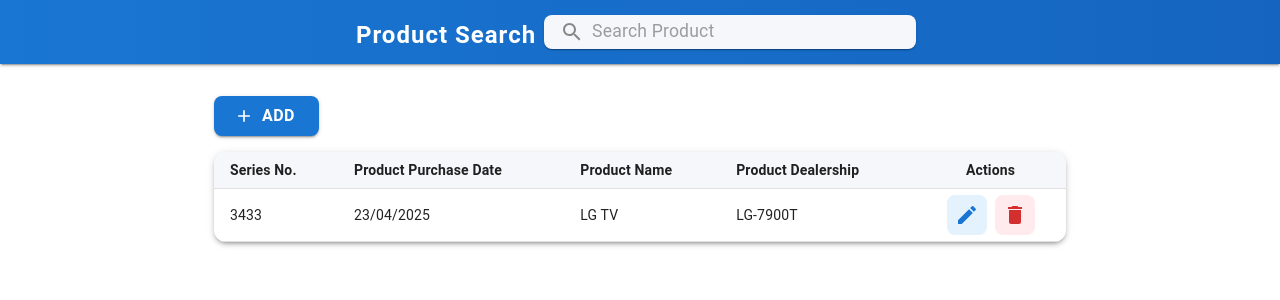
Repository: Sharathguru/Product_Task
Page: / (app in Frontend/)
An editor plug-in stored every save of this project. The page is shown before and after the next save, followed by the edit.
The browser window is 1280 px wide. The pictures show the whole page.
The project was rebuilt for these pictures with package versions that can differ from the ones it lists, and the page was loaded fresh each time. Requests to the local data server were answered from the project's data file. Also part of the build but not shown: Frontend/vite.config.js, Frontend/src/index.css, Frontend/src/Pages/product.js, Frontend/src/Pages/Insert.jsx, Frontend/src/Pages/Update.jsx, Frontend/src/Pages/Delete.jsx.

Above is the page before, as saved 2025-06-13 16:35:26.

### Frontend/src/App.jsx
import React from 'react'
import { BrowserRouter, Route, Routes } from 'react-router-dom'
import { ToastContainer } from 'react-toastify';
import 'react-toastify/dist/ReactToastify.css';
import Home from './Components/Home'
import Insert from './Pages/Insert'
import Update from './Pages/Update'
import Fetch from './Pages/Fetch'
import Delete from './Pages/Delete'
import './App.css'

const App = () => {
  return (
    <>
      <ToastContainer position="top-right" autoClose={2000} />
      <BrowserRouter>
      <Routes>
        <Route path="/" element={<Home />} />
        <Route path="/insert" element={<Insert />} />
        <Route path="/update" element={<Update />} />
        <Route path="/fetch" element={<Fetch />} />
        <Route path="/delete" element={<Delete />} />
      </Routes>
        {/* <Route path="*" element={<h1>404 Not Found</h1>} /> */}
      </BrowserRouter>
    </>
  )
}

export default App

### Frontend/src/Components/Home.jsx
import React from "react";
import Navbar from "./Navbar";
import Fetch from "../Pages/Fetch";

const Home = () => {
  const [search, setSearch] = React.useState("");

  return (
    <div>
      <Navbar search={search} setSearch={setSearch} />
      <Fetch search={search} />
    </div>
  );
};

export default Home;

### Frontend/src/Pages/Fetch.jsx
import React from "react";
import axios from "../axios/axios.js";
import { useNavigate } from "react-router-dom";
import DeleteIcon from "@mui/icons-material/Delete";
import EditIcon from "@mui/icons-material/Edit";
import AddIcon from "@mui/icons-material/Add";
import Table from "@mui/material/Table";
import TableBody from "@mui/material/TableBody";
import TableCell from "@mui/material/TableCell";
import TableContainer from "@mui/material/TableContainer";
import TableHead from "@mui/material/TableHead";
import TableRow from "@mui/material/TableRow";
import Paper from "@mui/material/Paper";
import IconButton from "@mui/material/IconButton";
import Button from "@mui/material/Button";
import Box from "@mui/material/Box";
import Stack from "@mui/material/Stack";
import { toast } from "react-toastify";
import Container from "@mui/material/Container";

const Fetch = ({ search }) => {
  const [products, setProducts] = React.useState([]);
  const [error, setError] = React.useState("");
  const navigate = useNavigate();

  const fetchData = async () => {
    try {
      const res = await axios.get("/products");
      setProducts(res.data);
    } catch (err) {
      setError("Failed to fetch data.");
    }
  };

  React.useEffect(() => {
    fetchData();
  }, []);

  const handleDelete = async (id) => {
    if (!window.confirm("Are you sure you want to delete this product?")) return;
    try {
      await axios.delete(`/products/${id}`);
      setProducts(products.filter((item) => item.id !== id));
      toast.success("Product deleted successfully!");
    } catch {
      toast.error("Delete failed.");
    }
  };

  const handleEdit = (id) => {
    navigate(`/update`, { state: { id } });
  };

  const handleAdd = () => {
    navigate("/insert");
  };

  const filteredProducts = products.filter((item) =>
    Object.values(item)
      .join(" ")
      .toLowerCase()
      .includes(search.toLowerCase())
  );

  return (
    <Container maxWidth="md" sx={{ py: { xs: 2, md: 4 } }}>
      <Box
        sx={{
          display: "flex",
          alignItems: "center",
          mb: 2,
          flexDirection: { xs: "column", sm: "row" },
        }}
      >
        <Button
          variant="contained"
          color="primary"
          startIcon={<AddIcon />}
          onClick={handleAdd}
          sx={{
            mb: { xs: 2, sm: 0 },
            mr: { sm: -1 },
            fontWeight: 600,
            fontSize: "1rem",
            px: 3,
            borderRadius: 2,
          }}
        //   fullWidth={true}
        >
          Add
        </Button>
      </Box>
      <TableContainer
        component={Paper}
        sx={{
          width: "100%",
          overflowX: "auto",
          borderRadius: 3,
          boxShadow: 3,
        }}
      >
        <Table size="small">
          <TableHead>
            <TableRow sx={{ backgroundColor: "#f5f7fa" }}>
              <TableCell sx={{ fontWeight: 700 }}>Series No.</TableCell>
              <TableCell sx={{ fontWeight: 700 }}>Product Purchase Date</TableCell>
              <TableCell sx={{ fontWeight: 700 }}>Product Name</TableCell>
              <TableCell sx={{ fontWeight: 700 }}>Product Dealership</TableCell>
              <TableCell align="center" sx={{ fontWeight: 700 }}>
                Actions
              </TableCell>
            </TableRow>
          </TableHead>
          <TableBody>
            {filteredProducts.map((item) => (
              <TableRow key={item.id}>
                <TableCell>{item.Series_No}</TableCell>
                <TableCell>
                  {item.Product_Purchase_Date &&
                    new Date(item.Product_Purchase_Date).toLocaleDateString("en-GB")}
                </TableCell>
                <TableCell>{item.Product_Name}</TableCell>
                <TableCell>{item.Product_Dealership}</TableCell>
                <TableCell align="center">
                  <Stack direction="row" spacing={1} justifyContent="center">
                    <IconButton
                      color="primary"
                      onClick={() => handleEdit(item.id)}
                      aria-label="edit"
                      sx={{
                        bgcolor: "#e3f2fd",
                        "&:hover": { bgcolor: "#bbdefb" },
                        borderRadius: 2,
                      }}
                    >
                      <EditIcon />
                    </IconButton>
                    <IconButton
                      color="error"
                      onClick={() => handleDelete(item.id)}
                      aria-label="delete"
                      sx={{
                        bgcolor: "#ffebee",
                        "&:hover": { bgcolor: "#ffcdd2" },
                        borderRadius: 2,
                      }}
                    >
                      <DeleteIcon />
                    </IconButton>
                  </Stack>
                </TableCell>
              </TableRow>
            ))}
            {filteredProducts.length === 0 && (
              <TableRow>
                <TableCell colSpan={5} align="center">
                  No products found.
                </TableCell>
              </TableRow>
            )}
          </TableBody>
        </Table>
      </TableContainer>
      {error && <p style={{ color: "red" }}>{error}</p>}
    </Container>
  );
};

export default Fetch;

### Frontend/src/Components/Navbar.jsx
import React from "react";
import AppBar from "@mui/material/AppBar";
import Toolbar from "@mui/material/Toolbar";
import Typography from "@mui/material/Typography";
import Box from "@mui/material/Box";
import InputBase from "@mui/material/InputBase";
import SearchIcon from "@mui/icons-material/Search";
import Container from "@mui/material/Container";
import useMediaQuery from "@mui/material/useMediaQuery";
import { useTheme } from "@mui/material/styles";

const Navbar = ({ search, setSearch }) => {
  const theme = useTheme();
  const isMobile = useMediaQuery(theme.breakpoints.down("sm"));

  return (
    <AppBar
      position="static"
      elevation={2}
      sx={{
        background: "linear-gradient(90deg, #1976d2 0%, #1565c0 100%)", // Custom blue gradient
      }}
    >
      <Container maxWidth="sm" disableGutters>
        <Toolbar
        //   sx={{
        //     display: "flex",
        //     flexDirection: isMobile ? "column" : "row",
        //     alignItems: isMobile ? "stretch" : "center",
        //     justifyContent: "space-between",
        //     gap: isMobile ? 2 : 0,
        //     py: isMobile ? 1 : 0,
        //   }}
        >
          <Box
            sx={{
              flexGrow: 1,
              display: "flex",
              alignItems: "center",
              position: "relative",
              right:"8px",
              top:"3px",
              justifyContent: isMobile ? "center" : "flex-start",
              width: isMobile ? "100%" : "auto",
              mb: isMobile ? 1 : 0,
            }}
          >
            <Typography
              variant="h5"
              color="inherit"
              noWrap
              sx={{
                fontWeight: 700,
                letterSpacing: 1,
              }}
            >
              Product Search
            </Typography>
          </Box>
          <Box
            sx={{
              position: "relative",
              borderRadius: 2,
              backgroundColor: "#f5f7fa",
              width: isMobile ? "100%" : 350,
              display: "flex",
              alignItems: "center",
              px: 2,
              boxShadow: 1,
            }}
          >
            <SearchIcon sx={{ color: "#888", mr: 1 }} />
            <InputBase
              placeholder="Search Product"
              inputProps={{ "aria-label": "search" }}
              fullWidth
              value={search}
              onChange={(e) => setSearch(e.target.value)}
              sx={{ fontSize: isMobile ? "1rem" : "1.1rem" }}
            />
          </Box>
        </Toolbar>
      </Container>
    </AppBar>
  );
};

export default Navbar;

### Frontend/src/axios/axios.js
import axios from 'axios'

const instance = axios.create({
    baseURL: 'http://localhost:3000'
})
export default instance

### Frontend/backend/db.json
{
  "products": [
    {
      "id": "bf44",
      "Series_No": "3433",
      "Product_Purchase_Date": "2025-04-23",
      "Product_Name": "LG TV",
      "Product_Dealership": "LG-7900T"
    }
  ]
}

Loaded but not shown: Frontend/index.html (common file); Frontend/src/main.jsx (common file); Frontend/src/App.css (common file)

After the next save:
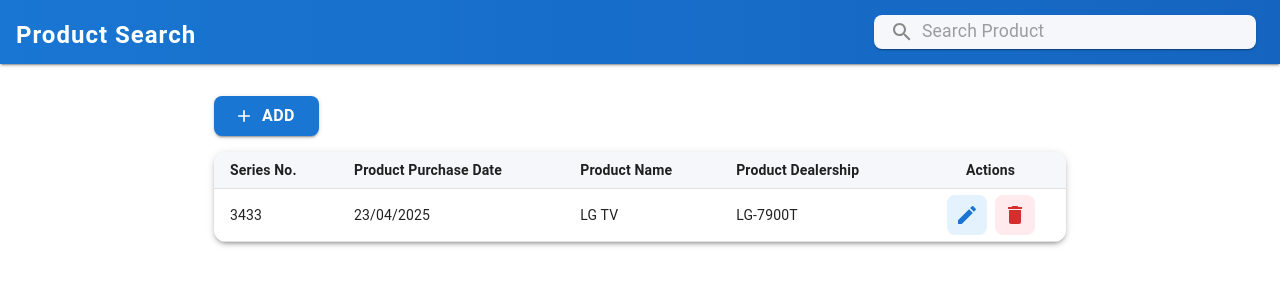
Saved 5 s later.
--- a/Frontend/src/Components/Navbar.jsx
+++ b/Frontend/src/Components/Navbar.jsx
@@ -21,7 +21,7 @@ const Navbar = ({ search, setSearch }) => {
         background: "linear-gradient(90deg, #1976d2 0%, #1565c0 100%)", // Custom blue gradient
       }}
     >
-      <Container maxWidth="sm" disableGutters>
+      <Container maxWidth="" disableGutters>
         <Toolbar
         //   sx={{
         //     display: "flex",
